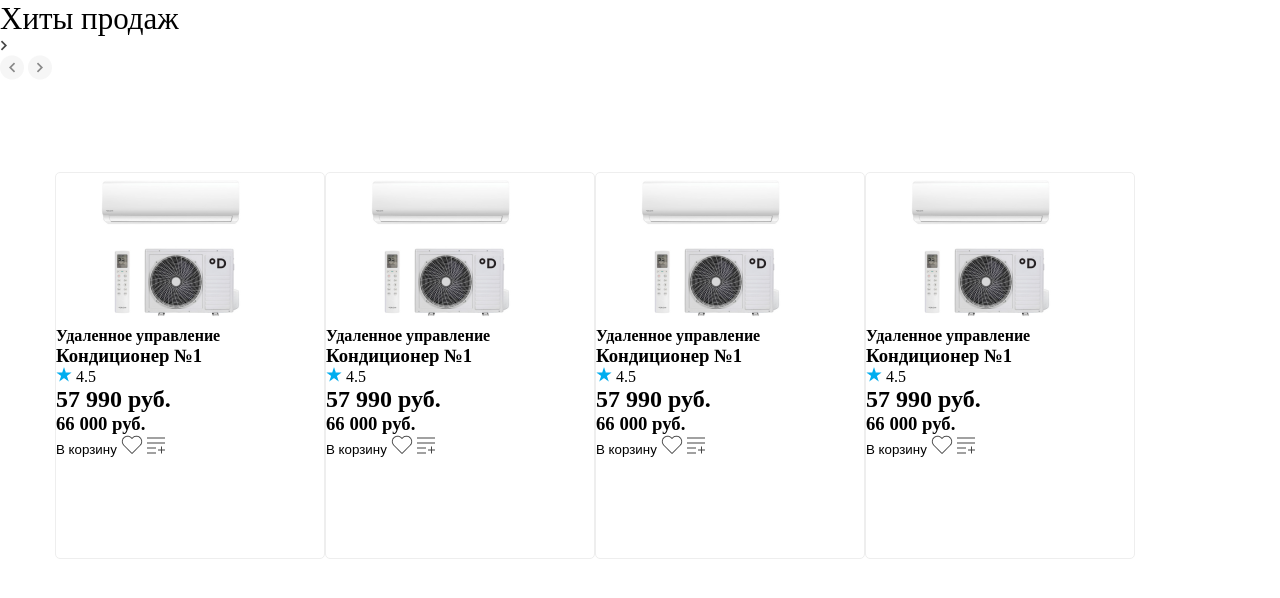
Repository: NikaMana/us
Page: index.html
These files come from the project's save history. The page is drawn as it stood at one moment and after the next save; the edit follows.
The browser window is 1280 px wide. The pictures show the whole page.

Above is the page before, as saved 2021-09-15 15:26:30.

After the next save:
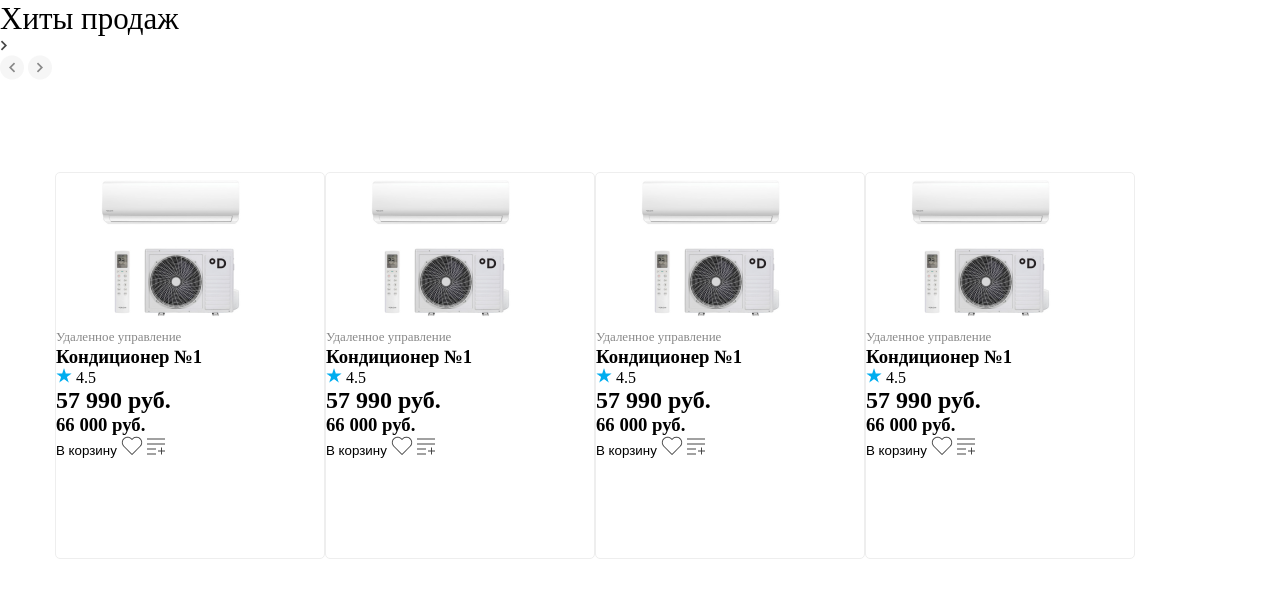
Saved 25 s later.
--- a/styles.css
+++ b/styles.css
@@ -54,5 +54,15 @@ right: 20px;
 top: 20px;
 }
 .welcome__control{
-
+  position: static;
+width: 230px;
+height: 19px;
+left: 0px;
+top: 0px;
+font-family: Gotham Pro;
+font-style: normal;
+font-weight: normal;
+font-size: 13px;
+line-height: 19px;
+color: #888888;
 }
